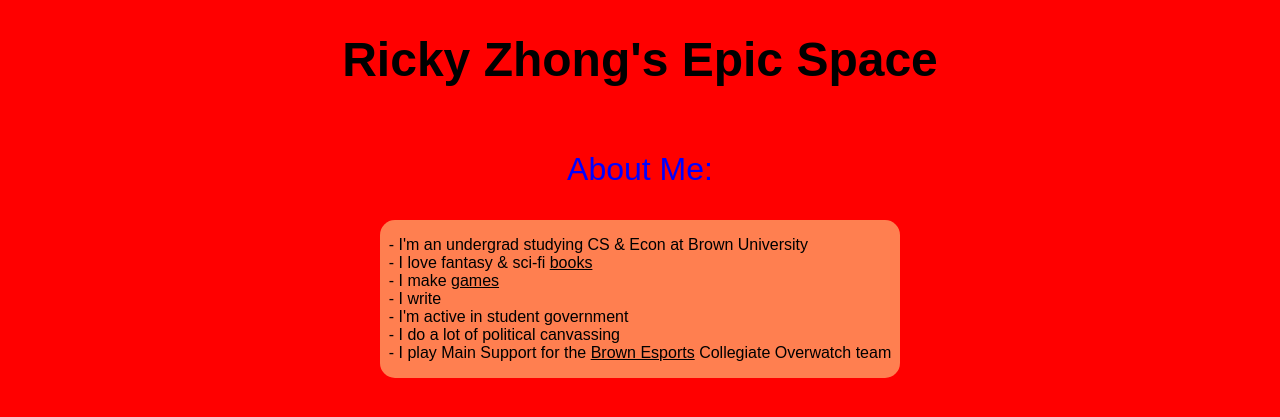
Repository: rickydaricky/rickydaricky.github.io
Page: index.html
An editor plug-in stored every save of this project. The page is shown before and after the next save, followed by the edit.
The browser window is 1280 px wide. The pictures show the whole page.

Above is the page before, as saved 2023-03-31 13:27:02.

### index.html
<!DOCTYPE html>

<head>
  <meta charset="UTF-8" />
  <meta name="viewport" content="width=device-width, initial-scale=1.0" />
  <link rel="stylesheet" href="main.css" type="text/css" />
  <title>Homepage</title>
</head>

<html>
  <body>
    <h1 class="name">Ricky Zhong's Epic Space</h1>
    <div class="about-container">
      <div><p class="about about-container-child">About Me:</p></div>
      <div class="break"></div>
      <div class="square about-container-child">
        <p>
          - I'm an undergrad studying CS & Econ at Brown University
          <br />
          - I love fantasy & sci-fi
          <a href="https://goodreads.com/rickydaricky">books</a>
          <br />
          - I make
          <a href="https://rickydaricky.itch.io/">games</a>
          <br />
          - I write
          <br />
          - I'm active in student government
          <br />
          - I do a lot of political canvassing
          <br />
          - I play Main Support for the
          <a href="https://brownesports.org/">Brown Esports</a>
          Collegiate Overwatch team
        </p>
      </div>
    </div>
  </body>
</html>

### main.css
p {
  text-align: justify;
  font-size: 200%;
}

html * {
  font-size: 16px;
  color: black;
  font-family: Nunito, sans-serif;
}

body {
  background-color: red
}

.about {
  font-size: 200%;
  color: blue;
}

.name {
  text-align: center;
  font-size: 300%;
  color: black;
}

.about-container {
  display: flex;
  justify-content: center;
  align-items: center;
  flex-wrap: wrap;
}

.about-container-child {
  /* margin: 10 10 10 10; */
}

.break {
  flex-basis: 100%;
  height: 0;
}

.square {
  display: flex;
  justify-content: center;
  align-items: center;
  text-align: center;
  border-radius: 15px;
  width: 520px;
  background-color: coral;
}

After the next save:
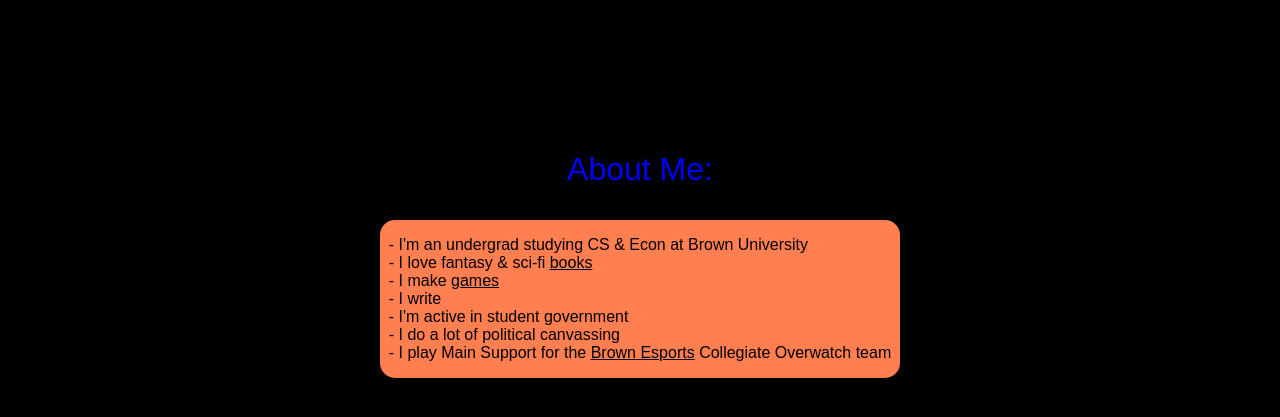
Saved 14 s later.
--- a/main.css
+++ b/main.css
@@ -10,7 +10,7 @@ html * {
 }
 
 body {
-  background-color: red
+  background-color: black
 }
 
 .about {
